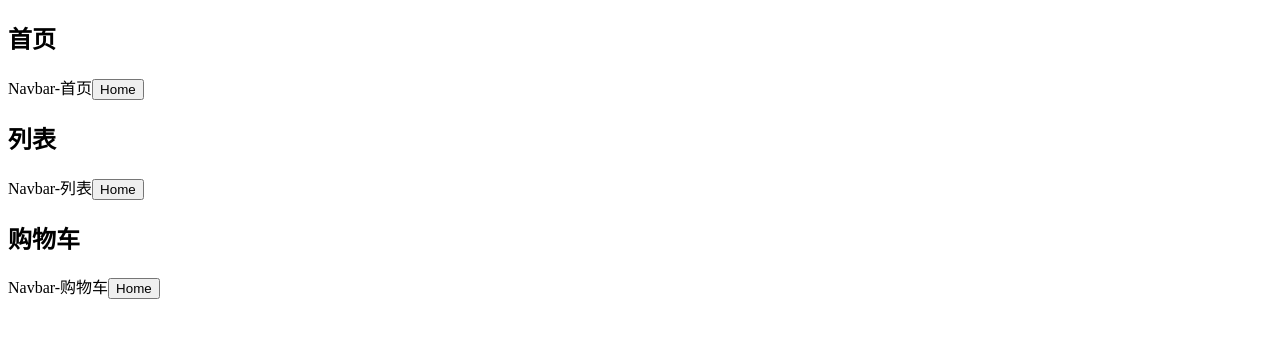
Repository: zenghao518518/React
Page: /
The author's editor kept a copy of each file at every save. The page is drawn from the files as they stood at one save, then again after the next save.
The browser window is 1280 px wide. The pictures show the whole page.
The project was rebuilt for these pictures with package versions that can differ from the ones it lists, and the page was loaded fresh each time.

Above is the page before, as saved 2023-07-24 17:53:51.

### src/index.js
import React from 'react';
//import ReactDOM from 'react-dom';
import ReactDOM from 'react-dom/client'
//import './01-base/01-class组件'
//ReactDOM.render(<div>111111</div>,document.getElementById('root'))                    //);
//import App from './01-base/01-class组件'
//import App from './01-base/02-函数式组件'
//import App from './01-base/03-组件的嵌套'
//import App from './01-base/04-组件的样式'
//import App from './01-base/05-事件绑定-1'
//import App from './01-base/06-事件绑定-2'
//import App from './01-base/07-ref'
//import App from './01-base/08-state'
//import App from './01-base/09-数组渲染'
//import App from './01-base/10-todolist'
//import App from './01-base/12-卖座选项卡'
//import App from './01-base/13-setState同步异步'
//import App from './01-base/14-betterScroll'
//import App from './01-base/15-betterscroll-cinema'
import App from './01-base/16-prop'
//import App from './01-base/19-非受控'
//import App from './01-base/20-受控'
let root = ReactDOM.createRoot(document.getElementById('root'));
//root.render(<div>111111</div>);
root.render(<React.StrictMode><App></App></React.StrictMode>);
//root.render(<App></App>);

### src/01-base/16-prop.js
import React, { Component } from "react";
import Navbar from "./Navbar";
export default class App extends Component {
  render() {
    return (
      <div>
        <div>
          <h2>首页</h2>
          <Navbar title="首页" leftshow={false}/>
        </div>
        <div>
          <h2>列表</h2>
          <Navbar title="列表"/>
        </div>
        <div>
          <h2>购物车</h2>
          <Navbar title="购物车"/>
        </div>
      </div>
    );
  }
}

### src/01-base/Navbar/index.js
import React, { Component } from 'react'

export default class Navbar extends Component {
  state = {
        //只能内部自己用的，外面无法改变
        }


  render() {
    console.log(this.props)
    let {title,leftshow}= this.props

    return (

      <div>
        {leftshow && <button>返回</button>}
        Navbar-{title}
        <button>Home</button>
      </div>
    )
  }
}

Loaded but not shown: public/index.html (common file)

After the next save:
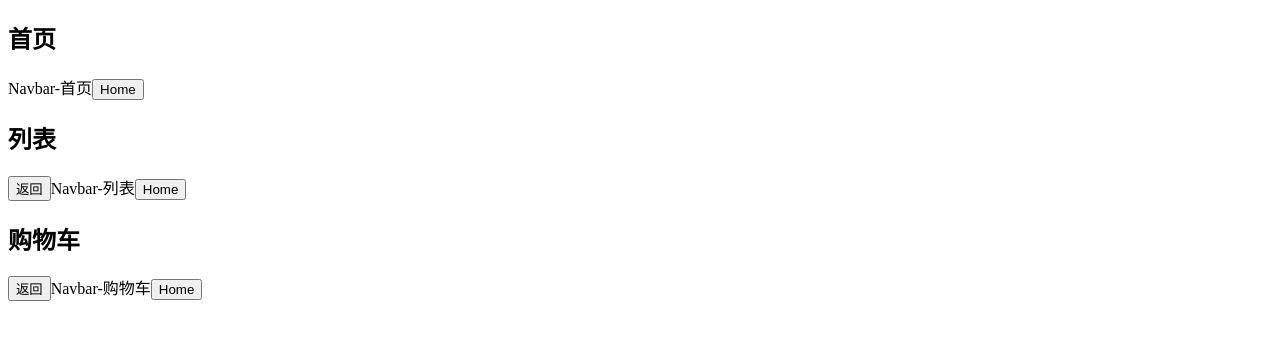
Saved 66 s later.
--- a/src/01-base/16-prop.js
+++ b/src/01-base/16-prop.js
@@ -10,11 +10,11 @@ export default class App extends Component {
         </div>
         <div>
           <h2>列表</h2>
-          <Navbar title="列表"/>
+          <Navbar title="列表" leftshow={true}/>
         </div>
         <div>
           <h2>购物车</h2>
-          <Navbar title="购物车"/>
+          <Navbar title="购物车"  leftshow={true}/>
         </div>
       </div>
     );
